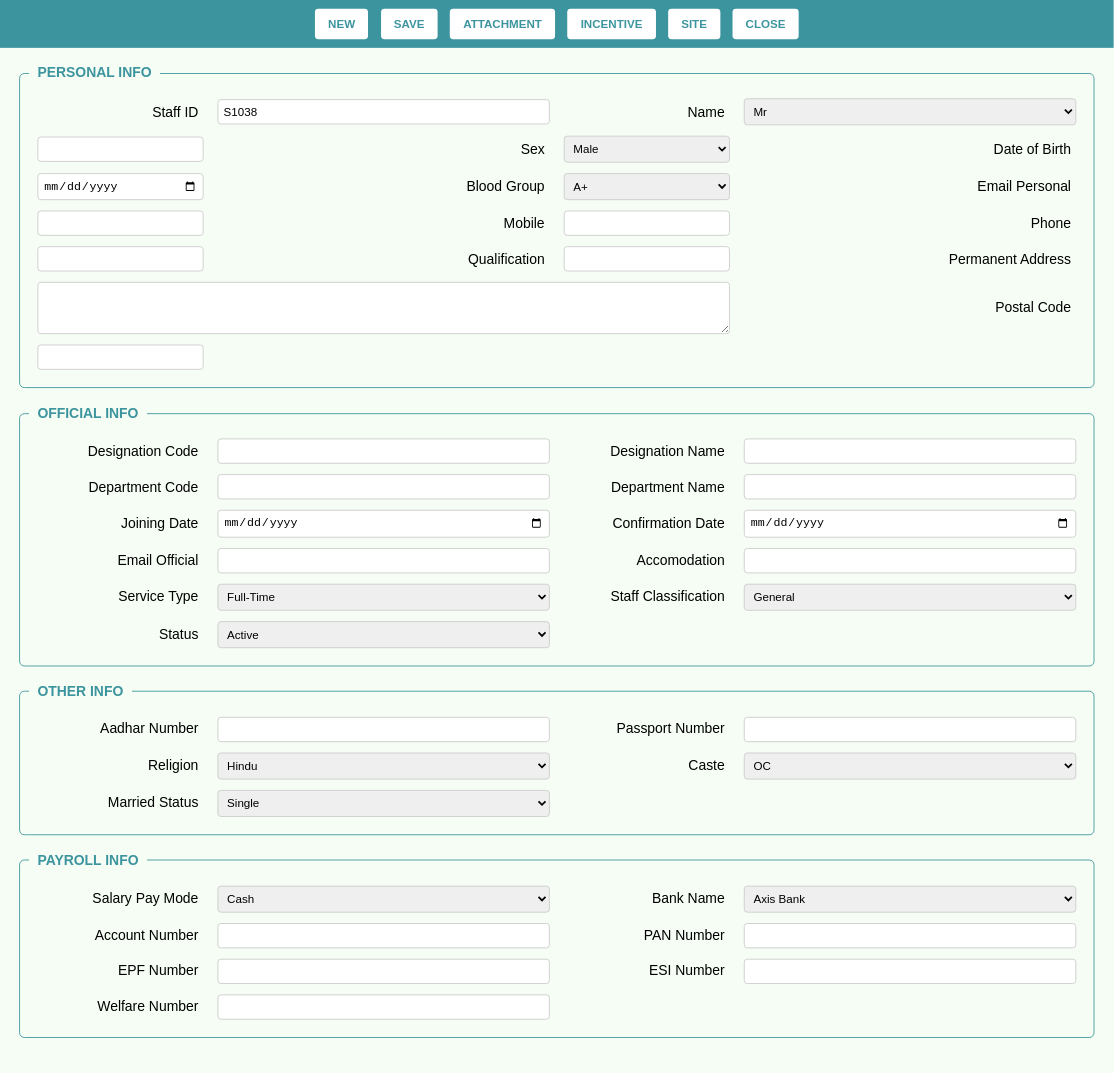
Repository: NAGENDRAN0/New
Page: http://localhost/staff
An editor plug-in stored every save of this project. The page is shown before and after the next save, followed by the edit.
The browser window is 1280 px wide. The pictures show the whole page, at 87% of full size.
The page is this project's Thymeleaf template; nobody is signed in. The template is opened directly, without the code that normally fills it, so the values that code supplies are empty.

Above is the page before, as saved 2025-05-19 07:49:26.

### Documents/workspace-spring-tool-suite-4-4.25.0.RELEASE/HMS/src/main/resources/templates/staff.html
<!DOCTYPE html>
<html lang="en">
<head>
  <meta charset="UTF-8">
  <title>Fundamental</title>
  	<link rel="icon" type="/image/Logo/png" href="/image/Logo.png" style="border-radius: 8px;">
  <link rel="stylesheet" href="../static/css/staff.css">

  <style>
	body {
	  font-family: Arial, sans-serif;
	  background-color: #f5fdf4;
	  margin: 0;
	  padding: 0;
	}

	.header {
	  background-color: #3C949E;
	  padding: 10px;
	  text-align: center;
	}

	.header button {
	  background-color: #fff;
	  border: none;
	  padding: 10px 15px;
	  margin: 0 5px;
	  cursor: pointer;
	  font-weight: bold;
	  color: #3C949E;
	  border-radius: 4px;
	}

	.form-container {
	  padding: 20px;
	}

	fieldset {
	  border: 1px solid #3C949E;
	  margin-bottom: 20px;
	  border-radius: 6px;
	  padding: 10px;
	}

	legend {
	  font-weight: bold;
	  color: #3C949E;
	  padding: 0 10px;
	}

	.grid {
	  display: grid;
	  grid-template-columns: 1fr 2fr 1fr 2fr;
	  gap: 12px 16px;
	  align-items: center;
	}

	label {
	  text-align: right;
	  padding-right: 6px;
	  white-space: nowrap;
	}

	input, select, textarea {
	  width: 100%;
	  padding: 6px;
	  border-radius: 4px;
	  border: 1px solid #ccc;
	  box-sizing: border-box;
	}

	textarea {
	  resize: vertical;
	  min-height: 60px;
	  grid-column: span 3;
	}

	@media (max-width: 900px) {
	  .grid {
	    grid-template-columns: 1fr 1fr;
	  }

	  label {
	    text-align: left;
	  }

	  textarea {
	    grid-column: span 2;
	  }
	}

  </style>
</head>
<body>
  <div class="header">
    <button>NEW</button>
    <button>SAVE</button>
    <button>ATTACHMENT</button>
    <button>INCENTIVE</button>
    <button>SITE</button>
    <button>CLOSE</button>
  </div>

  <form class="form-container">
    <fieldset>
      <legend>PERSONAL INFO</legend>
      <div class="grid">
        <label>Staff ID</label>
        <input type="text" name="staffId" value="S1038" readonly>

        <label>Name</label>
        <select name="prefix">
          <option>Mr</option>
          <option>Mrs</option>
          <option>Ms</option>
        </select>
        <input type="text" name="name">

        <label>Sex</label>
        <select><option>Male</option><option>Female</option></select>

        <label>Date of Birth</label>
        <input type="date" name="dob">

        <label>Blood Group</label>
        <select>
          <option>A+</option>
          <option>O+</option>
        </select>

        <label>Email Personal</label>
        <input type="email" name="email">

        <label>Mobile</label>
        <input type="text" name="mobile">

        <label>Phone</label>
        <input type="text" name="phone">

        <label>Qualification</label>
        <input type="text" name="qualification">

        <label>Permanent Address</label>
        <textarea></textarea>

        <label>Postal Code</label>
        <input type="text" name="postalCode">
      </div>
    </fieldset>

    <fieldset>
      <legend>OFFICIAL INFO</legend>
      <div class="grid">
        <label>Designation Code</label>
        <input type="text">

        <label>Designation Name</label>
        <input type="text">

        <label>Department Code</label>
        <input type="text">

        <label>Department Name</label>
        <input type="text">

        <label>Joining Date</label>
        <input type="date">

        <label>Confirmation Date</label>
        <input type="date">

        <label>Email Official</label>
        <input type="email">

        <label>Accomodation</label>
        <input type="text">

        <label>Service Type</label>
        <select><option>Full-Time</option></select>

        <label>Staff Classification</label>
        <select><option>General</option></select>

        <label>Status</label>
        <select><option>Active</option></select>
      </div>
    </fieldset>

    <fieldset>
      <legend>OTHER INFO</legend>
      <div class="grid">
        <label>Aadhar Number</label>
        <input type="text">

        <label>Passport Number</label>
        <input type="text">

        <label>Religion</label>
        <select><option>Hindu</option></select>

        <label>Caste</label>
        <select><option>OC</option><option>BC</option></select>

        <label>Married Status</label>
        <select><option>Single</option><option>Married</option></select>
      </div>
    </fieldset>

    <fieldset>
      <legend>PAYROLL INFO</legend>
      <div class="grid">
        <label>Salary Pay Mode</label>
        <select><option>Cash</option><option>Bank</option></select>

        <label>Bank Name</label>
        <select><option>Axis Bank</option></select>

        <label>Account Number</label>
        <input type="text">

        <label>PAN Number</label>
        <input type="text">

        <label>EPF Number</label>
        <input type="text">

        <label>ESI Number</label>
        <input type="text">

        <label>Welfare Number</label>
        <input type="text">
      </div>
    </fieldset>
  </form>
</body>
</html>

### Documents/workspace-spring-tool-suite-4-4.25.0.RELEASE/HMS/src/main/resources/static/css/staff.css
body {
  font-family: Arial, sans-serif;
  background-color: #f5fdf4;
  margin: 0;
  padding: 0;
}

.header {
  background-color: #3C949E;
  padding: 10px;
  text-align: center;
}

.header button {
  background-color: #fff;
  border: none;
  padding: 10px 15px;
  margin: 0 5px;
  cursor: pointer;
  font-weight: bold;
  color: #3C949E;
  border-radius: 4px;
}

.form-container {
  padding: 20px;
}

fieldset {
  border: 1px solid #3C949E;
  margin-bottom: 20px;
  border-radius: 6px;
}

legend {
  font-weight: bold;
  color: #3C949E;
  padding: 0 10px;
}

.grid {
  display: grid;
  grid-template-columns: 150px 200px 150px 200px;
  gap: 10px 20px;
  padding: 10px;
}

label {
  align-self: center;
}

input, select, textarea {
  width: 100%;
  padding: 5px;
  border-radius: 4px;
  border: 1px solid #ccc;
}

textarea {
  height: 60px;
}

After the next save:
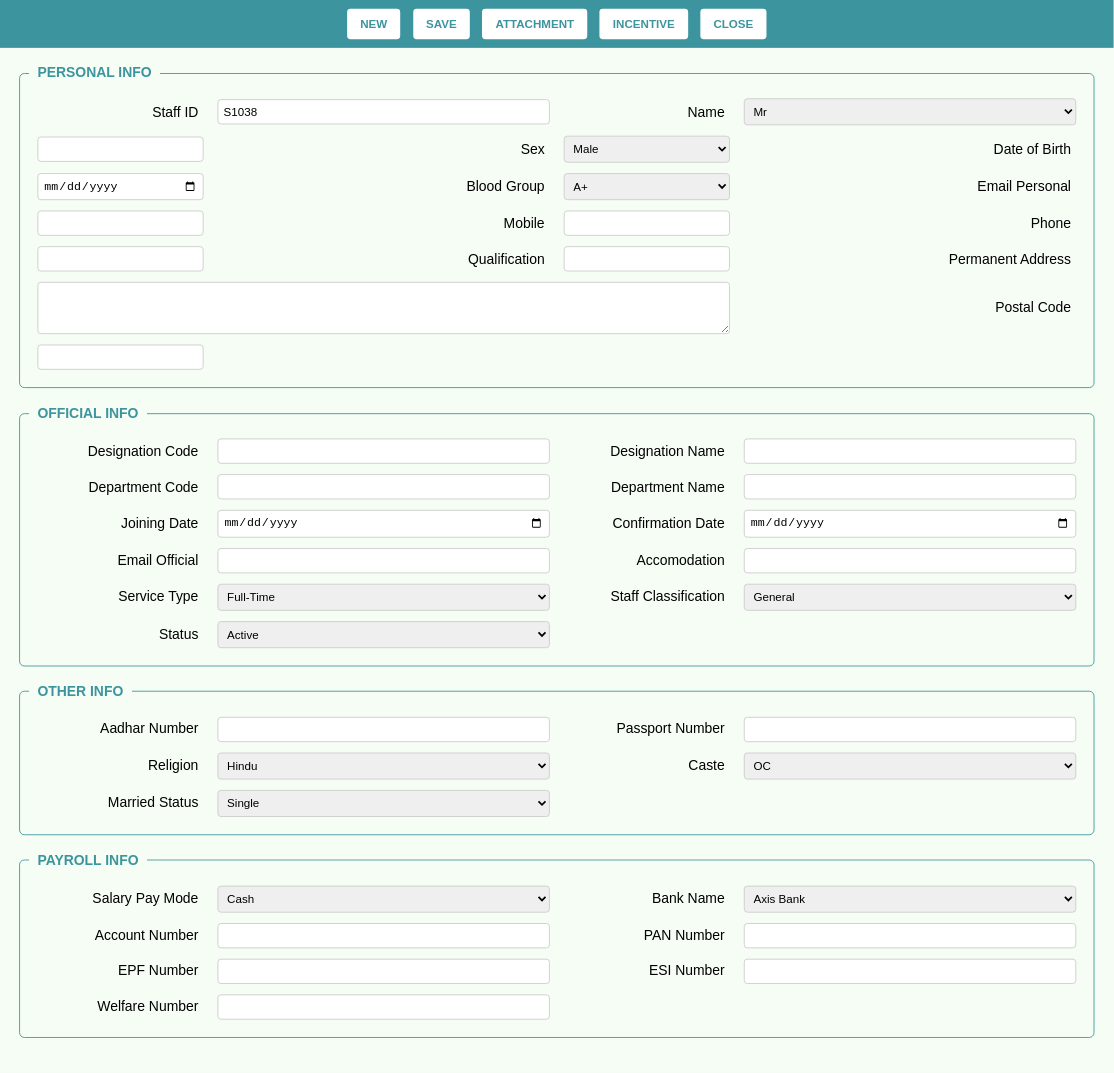
Saved 33 s later.
--- a/Documents/workspace-spring-tool-suite-4-4.25.0.RELEASE/HMS/src/main/resources/templates/staff.html
+++ b/Documents/workspace-spring-tool-suite-4-4.25.0.RELEASE/HMS/src/main/resources/templates/staff.html
@@ -97,7 +97,6 @@
     <button>SAVE</button>
     <button>ATTACHMENT</button>
     <button>INCENTIVE</button>
-    <button>SITE</button>
     <button>CLOSE</button>
   </div>
 
